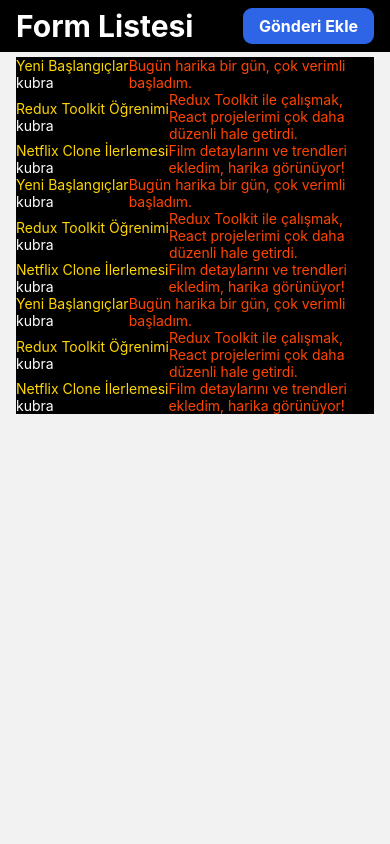
Repository: Kubraaygun/FirebaseRN
Screen: /
These files come from the project's save history. The screen is drawn as it stood at one moment and after the next save; the edit follows.
The app was drawn by React Native's web renderer in a window 390 px wide. The project was rebuilt for these pictures with package versions that can differ from the ones it lists, and the page was loaded fresh each time. Requests to the local data server were answered from the project's data file. Also part of the build but not shown: src/screens/AddPost/AddPostView.jsx, src/screens/AddPost/AddPostController.jsx.

Above is the screen before, as saved 2025-01-20 20:34:41.

After the next save:
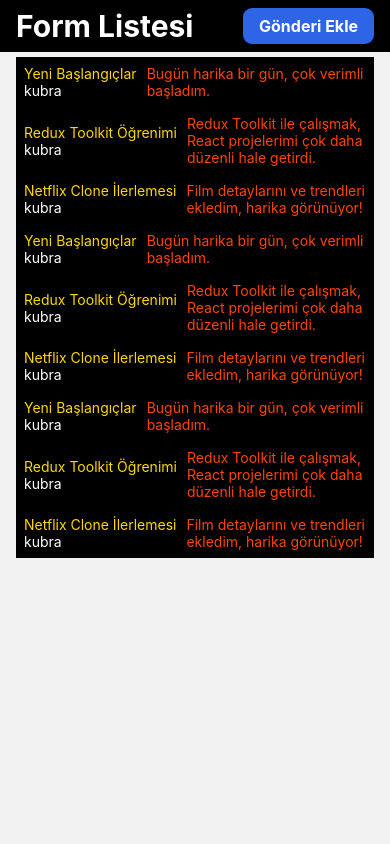
Saved 15 s later.
--- a/src/screens/ListPost/ListPostView.jsx
+++ b/src/screens/ListPost/ListPostView.jsx
@@ -33,6 +33,8 @@ const styles = StyleSheet.create({
     justifyContent: 'space-between',
     alignItems: 'center',
     flexDirection: 'row',
+    padding: 8,
+    gap: 10,
   },
   title: {
     color: 'gold',
